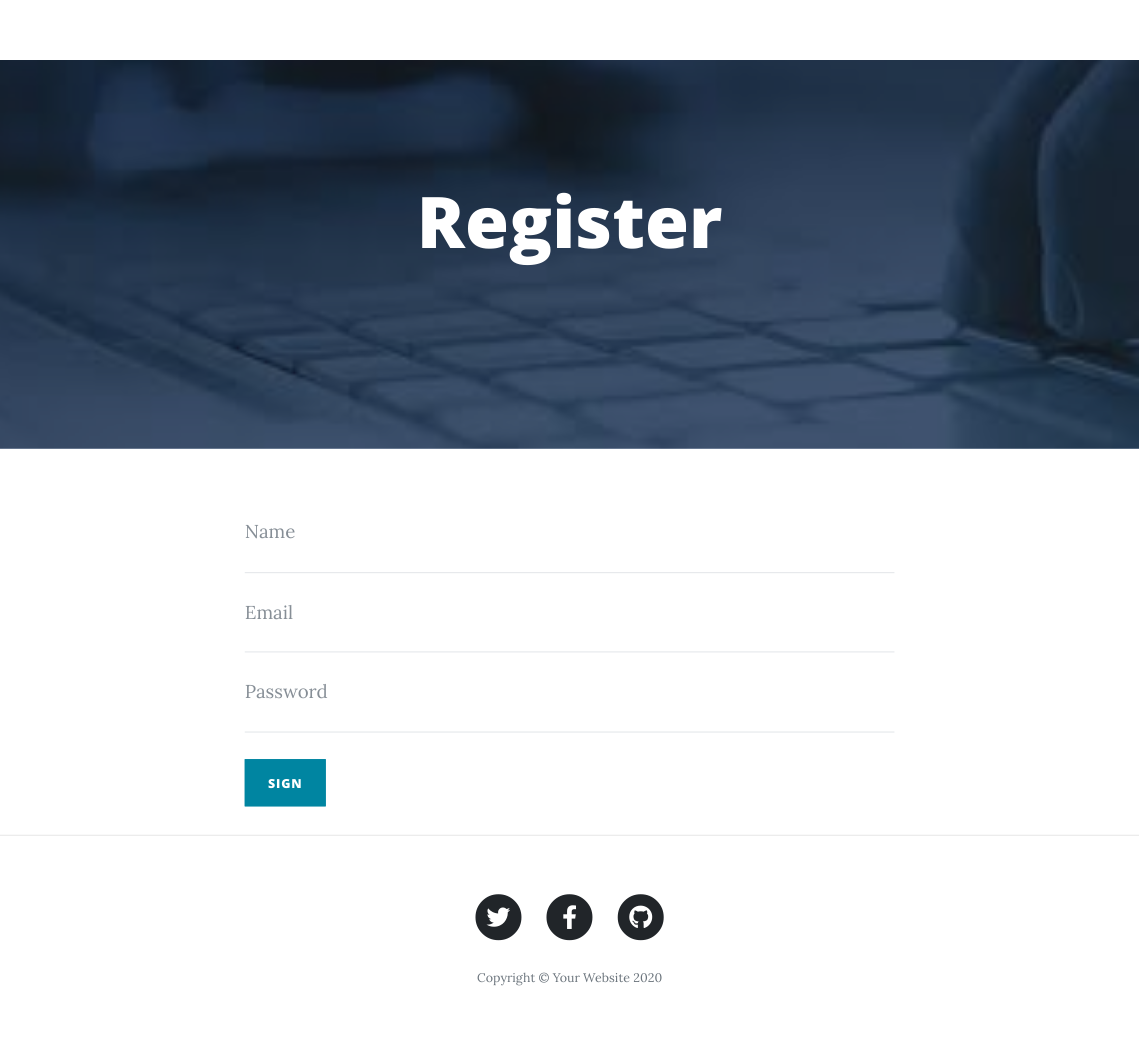
Repository: elvinyeka/elvin-blog
Page: http://localhost/register
These files come from the project's save history. The page is drawn as it stood at one moment and after the next save; the edit follows.
The browser window is 1280 px wide. The pictures show the whole page, at 89% of full size.
The page is served by the project's application, run on Flask 3 (CLEANBLOG/__init__.py).

Above is the page before, as saved 2020-10-18 01:34:35.

After the next save:
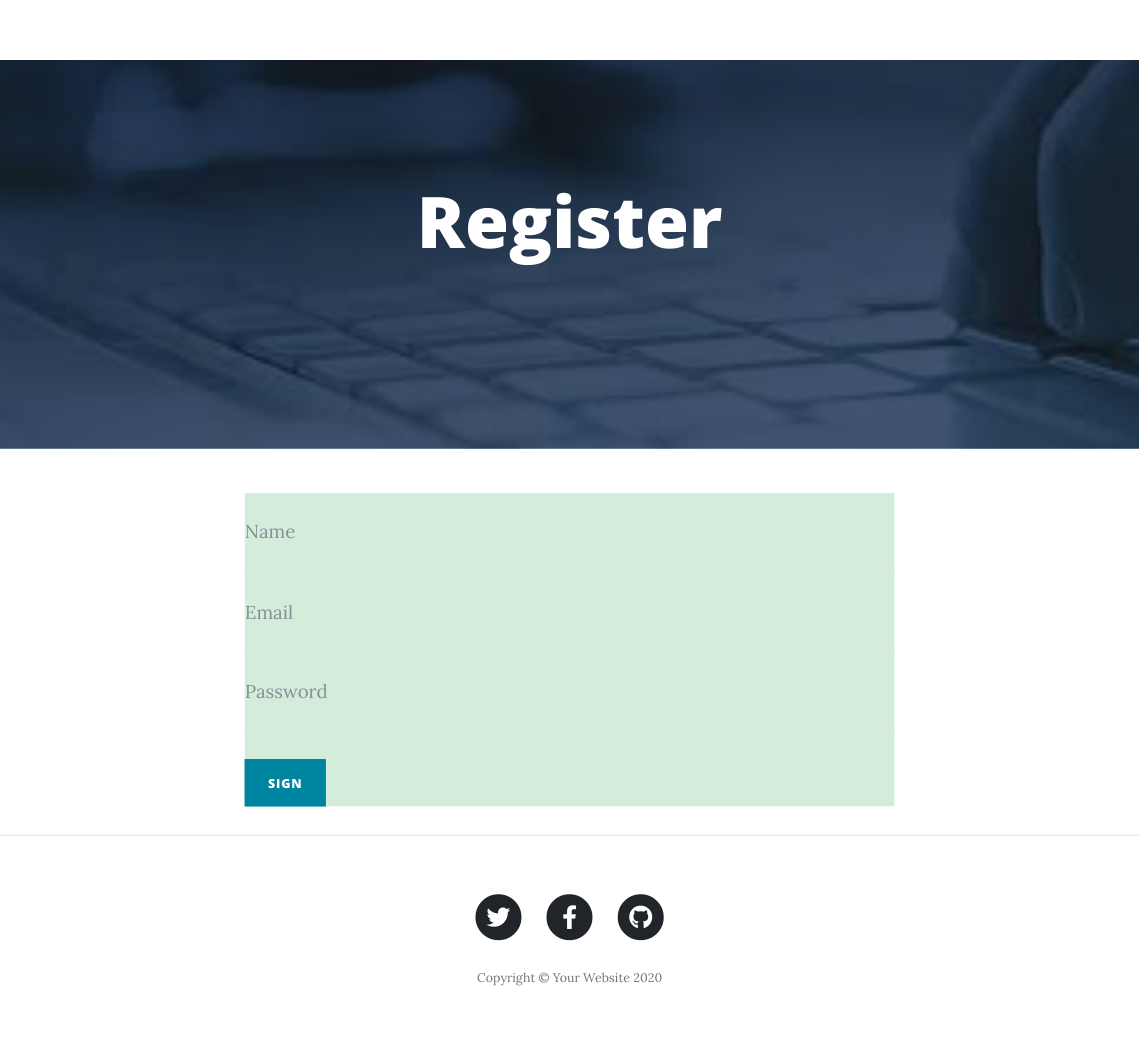
Saved 5 min 42 s later.
--- a/CLEANBLOG/templates/register.html
+++ b/CLEANBLOG/templates/register.html
@@ -18,7 +18,7 @@
 <div class="container">
     <div class="row">
         <div class="col-lg-8 col-md-10 mx-auto">
-            <form method="POST" action="">
+            <form method="POST" action="" class="alert-success">
                 {{ form.hidden_tag() }}
                 <div class="control-group">
                     <div class="form-group floating-label-form-group controls">
